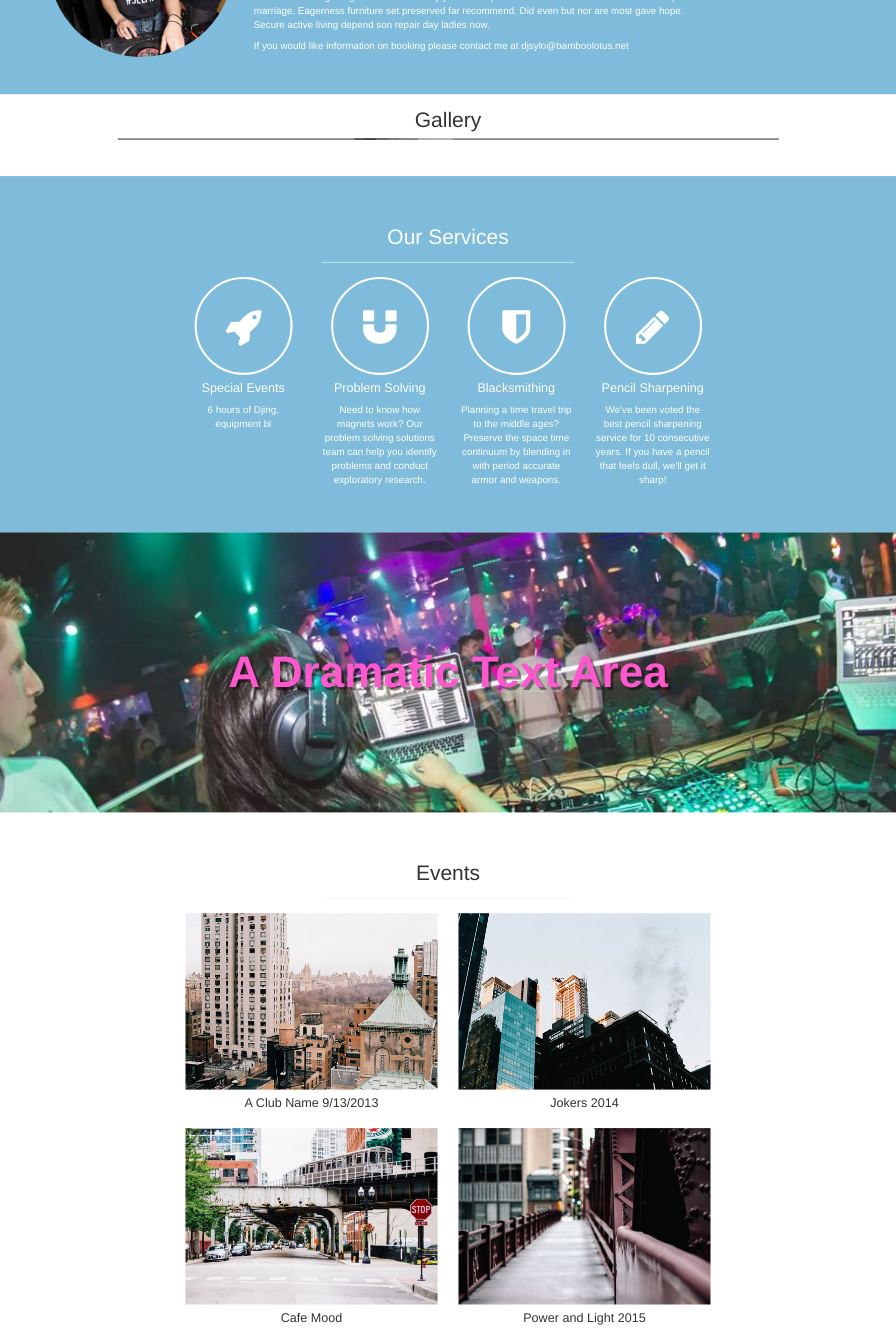
Repository: BambooXLotus/DjSylo
Page: client/index.html
The author's editor kept a record of every edit. The page is drawn from the files as they stood at one moment, then again after the next edit.
The browser window is 1280 px wide. The pictures show the part of the page from y = 951 to 2871 px (the page is 3924 px tall), at 70% of full size.
Some icons come from a web library that is not loaded, so they are not drawn. Backgrounds fixed to the window are drawn as part of the page. Some web libraries are served in a nearby version.

Above is the page before.

### client/index.html
<!DOCTYPE html>
<html lang="en">

<head>
    <meta charset="utf-8">
    <meta name="viewport" content="width=device-width, initial-scale=1.0">
    <meta name="description" content="">
    <meta name="author" content="">
    <title>DJ Sylo</title>
    <!-- Bootstrap core CSS
        -->
    <link href="css/bootstrap.css" rel="stylesheet">
    <!-- Add custom CSS here -->
    <link href="css/stylish-portfolio.css" rel="stylesheet">
<link href="//maxcdn.bootstrapcdn.com/font-awesome/4.1.0/css/font-awesome.min.css" rel="stylesheet">
    <link href="css/nanogallery.min.css" rel="stylesheet" type="text/css">
</head>

<body>
    <!-- Side Menu -->
    <nav class="navbar navbar-fixed-top navbar-inverse" role="navigation">
        <div class="container">
            <div class="navbar-header">
                <button type="button" class="navbar-toggle" data-toggle="collapse" data-target=".navbar-ex1-collapse">
                    <span class="sr-only">Toggle navigation</span>
                    <span class="icon-bar"></span>
                    <span class="icon-bar"></span>
                    <span class="icon-bar"></span>
                </button>
                <a class="navbar-brand" href="index.php">DJ <b>Sylo</b></a>
            </div>
            <!-- Collect the nav links, forms, and other content for toggling -->
            <div class="collapse navbar-collapse navbar-ex1-collapse">
                <ul class="nav navbar-nav">
                    <li>
                        <a href="#top">Home</a>
                    </li>
                    <li>
                        <a href="#about">About</a>
                    </li>
                    <li>
                        <a href="#gallery">Gallery</a>
                    </li>
                    <li>
                        <a href="#services">Events</a>
                    </li>
                    <li>
                        <a href="#portfolio">Equipment</a>
                    </li>
                    <li>
                        <a href="#portfolio">Discography</a>
                    </li>
                    <li>
                        <a href="#contact">Contact</a>
                    </li>
                </ul>
            </div>
            <!-- /.navbar-collapse -->
        </div>
        <!-- /.container -->
    </nav>
    <!-- /Side Menu -->
    <!-- Full Page Image Header Area -->
    <div id="top" class="header">
        <div class="vert-text">
            <div class="hero">
                <h1>DJ <b>Sylo</b></h1>
                <a href="#contact" class="btn btn-lg btn-default">Contact</a>
            </div>
        </div>
    </div>
    <!-- /Full Page Image Header Area -->
    <!-- Intro -->
    <div id="about" class="about">
        <div class="container">
                <div class="row">
                    <div class="col-md-3">
                        <img class="img-circle img-responsive" src="img/portrait-sm.jpg">
                    </div>
                    <div class="col-md-7 col-xs-12">
                        <h3>DJ Sylo</h3>
                        <h4>Kansas City, MO</h4>
                        <p>Style: Electronic, Pop, Hip hop.</p>
                        <p>Inpsirations: DJ Deren, DJ Bamboo, Calvin Harris, DJ Somsanith.</p>
                        <p>I am Dj Sylo Now residence dashwoods she excellent you. Shade being under his bed her. Much read on as draw. Blessing for ignorant exercise any yourself unpacked. Pleasant horrible but confined day end marriage. Eagerness furniture set preserved far recommend. Did even but nor are most gave hope. Secure active living depend son repair day ladies now.</p>

                        <p>If you would like information on booking please contact me at djsylo@bamboolotus.net</p>
                    </div>
                </div>
        </div>
    </div>
    <!-- /Intro -->
    <!-- Gallery -->
    <div id="gallery" class="gallery">
        <div class="container">
            <div class="row">
                <div class="col-md-6 col-md-offset-3 text-center">
                    <h2>Gallery</h2>
                </div>
            </div>
            <div class="row">
                <div class="col-md-10 col-md-offset-1 col-xs-12 text-center">
                    <div id="nanoGallery2"></div>
                </div>
            </div>
        </div>
    </div>
    <!-- /Gallery -->
    <!-- Services -->
    <div id="services" class="services">
        <div class="container">
            <div class="row">
                <div class="col-md-4 col-md-offset-4 text-center">
                    <h2>Our Services</h2>
                    <hr>
                </div>
            </div>
            <div class="row">
                <div class="col-md-2 col-md-offset-2 text-center">
                    <div class="service-item">
                        <i class="service-icon fa fa-rocket"></i>
                        <h4>Special Events</h4>
                        <p>6 hours of Djing, equipment bl</p>
                    </div>
                </div>
                <div class="col-md-2 text-center">
                    <div class="service-item">
                        <i class="service-icon fa fa-magnet"></i>
                        <h4>Problem Solving</h4>
                        <p>Need to know how magnets work? Our problem solving solutions team can help you identify problems and conduct exploratory research.</p>
                    </div>
                </div>
                <div class="col-md-2 text-center">
                    <div class="service-item">
                        <i class="service-icon fa fa-shield"></i>
                        <h4>Blacksmithing</h4>
                        <p>Planning a time travel trip to the middle ages? Preserve the space time continuum by blending in with period accurate armor and weapons.</p>
                    </div>
                </div>
                <div class="col-md-2 text-center">
                    <div class="service-item">
                        <i class="service-icon fa fa-pencil"></i>
                        <h4>Pencil Sharpening</h4>
                        <p>We've been voted the best pencil sharpening service for 10 consecutive years. If you have a pencil that feels dull, we'll get it sharp!</p>
                    </div>
                </div>
            </div>
        </div>
    </div>
    <!-- /Services -->
    <!-- Callout -->
    <div class="callout">
        <div class="vert-text">
            <h1>A Dramatic Text Area</h1>
        </div>
    </div>
    <!-- /Callout -->
    <!-- Portfolio -->
    <div id="portfolio" class="portfolio">
        <div class="container">
            <div class="row">
                <div class="col-md-4 col-md-offset-4 text-center">
                    <h2>Events</h2>
                    <hr>
                </div>
            </div>
            <div class="row">
                <div class="col-md-4 col-md-offset-2 text-center">
                    <div class="portfolio-item">
                        <a href="#">

                            <img class="img-portfolio img-responsive" src="img/portfolio-1.jpg">

                        </a>
                        <h4>A Club Name 9/13/2013</h4>
                    </div>
                </div>
                <div class="col-md-4 text-center">
                    <div class="portfolio-item">
                        <a href="#">

                            <img class="img-portfolio img-responsive" src="img/portfolio-2.jpg">

                        </a>
                        <h4>Jokers 2014</h4>
                    </div>
                </div>
            </div>
            <div class="row">
                <div class="col-md-4 col-md-offset-2 text-center">
                    <div class="portfolio-item">
                        <a href="#">

                            <img class="img-portfolio img-responsive" src="img/portfolio-3.jpg">

                        </a>
                        <h4>Cafe Mood</h4>
                    </div>
                </div>
                <div class="col-md-4 text-center">
                    <div class="portfolio-item">
                        <a href="#">

                            <img class="img-portfolio img-responsive" src="img/portfolio-4.jpg">

                        </a>
                        <h4>Power and Light 2015</h4>
                    </div>
                </div>
            </div>
        </div>
    </div>
    <!-- /Portfolio -->
    <!-- Call to Action -->
    <div class="call-to-action">
        <div class="container">
            <div class="row">
                <div class="col-md-6 col-md-offset-3 text-center">
                    <h3>The buttons below are impossible to resist.</h3>
                    <a href="#" class="btn btn-lg btn-default">Click Me!</a>
                    <a href="#" class="btn btn-lg btn-primary">Look at Me!</a>
                </div>
            </div>
        </div>
    </div>
    <!-- /Call to Action -->
    <!-- Map -->
    <div id="contact">
        <div class="container">
            <div class="row">
                <div class="col-md-6 col-md-offset-3">
                    <h3>Contact</h3>
                    <hr>
                    <address>
                            <strong>Email:</strong>
                            <a href="mailto:#">djsylo@bamboolotus.net</a>
                            <br>
                            <br>
                            <strong>Phone:</strong>(515) 329-2323</address>
                </div>
            </div>
            <div>
                <div class="col-md-6 col-md-offset-3 contact-form">
                    <form id="contact" method="post" class="form" role="form">
                        <div class="row">
                            <div class="col-xs-6 col-md-6 form-group">
                                <input class="form-control" id="name" name="name" placeholder="Name" type="text" />
                            </div>
                            <div class="col-xs-6 col-md-6 form-group">
                                <input class="form-control" id="email" name="email" placeholder="Email" type="email" required />
                            </div>
                        </div>
                        <textarea class="form-control" id="message" name="message" placeholder="Message" rows="5"></textarea>
                        <br />
                        <div class="row">
                            <div class="col-xs-12 col-md-12 form-group">
                                <button class="btn btn-primary pull-right" type="submit">Submit</button>
                            </div>
                        </div>
                    </form>
                </div>
            </div>
        </div>
    </div>
    <!-- /Map -->
    <!-- Footer -->
    <footer>
        <div class="container">
            <div class="row">
                <div class="col-md-6 col-md-offset-3 text-center">
                    <ul class="list-inline">
                        <li>
                            <i class="fa fa-facebook fa-3x"></i>
                        </li>
                        <li>
                            <i class="fa fa-twitter fa-3x"></i>
                        </li>
                        <li>
                            <i class="fa fa-instagram fa-3x"></i>
                        </li>
                        <li>
                            <i class="fa fa-soundcloud fa-3x"></i>
                        </li>
                    </ul>
                    <div class="top-scroll">
                        <a href="#top"><i class="fa fa-circle-arrow-up scroll fa-4x"></i></a>
                    </div>
                    <hr>
                    <p>Copyright &copy; Company 2013</p>
                </div>
            </div>
        </div>
    </footer>
    <!-- /Footer -->
    <!-- JavaScript -->
    <script src="js/jquery-1.10.2.js"></script>
    <script src="js/bootstrap.js"></script>

    <!-- nanoGALLERY plugin files -->
    <script type="text/javascript" src="js/jquery.nanogallery.min.js"></script>
    <!-- Custom JavaScript for the Side Menu and Smooth Scrolling
        -->
    <script>
        $("#menu-close").click(function(e) {
            e.preventDefault();
            $("#sidebar-wrapper").toggleClass("active");
        });
    </script>
    <script>
        $("#menu-toggle").click(function(e) {
            e.preventDefault();
            $("#sidebar-wrapper").toggleClass("active");
        });
    </script>
    <script>
        $(function() {
            $('a[href*=#]:not([href=#])').click(function() {
                if (location.pathname.replace(/^\//, '') == this.pathname.replace(/^\//, '') || location.hostname == this.hostname) {

                    var target = $(this.hash);
                    target = target.length ? target : $('[name=' + this.hash.slice(1) + ']');
                    if (target.length) {
                        $('html,body').animate({
                            scrollTop: target.offset().top
                        }, 1000);
                        return false;
                    }
                }
            });

            $("#nanoGallery2").nanoGallery({
                thumbnailWidth: 'auto',
                thumbnailHeight: 200,
                userID: 'derensomsanith@gmail.com',
                kind: 'picasa',
                album: '6020738059883313137',
                colorSchemeViewer: 'dark',
                thumbnailHoverEffect: [{
                    name: 'labelAppear75',
                    duration: 300
                }],
                thumbnailGutterWidth: 1,
                thumbnailGutterHeight: 1,
                i18n: {
                    thumbnailImageDescription: 'View Photo',
                    thumbnailAlbumDescription: 'Open Album'
                },
                thumbnailLabel: {
                    display: true,
                    position: 'overImageOnMiddle',
                    align: 'center'
                },
                photoSorting: 'random'
            });

        });
    </script>
</body>

</html>

### client/css/stylish-portfolio.css
/* Global Styles */

html,
body {
  height: 100%;
  width: 100%;
}
h1 {
  color: #FF57CD;
  text-shadow: 4px 4px 1px rgba(0, 0, 0, 0.45);
}
h3 {
  color: #FF57CD;
  text-shadow: 4px 4px 1px rgba(0, 0, 0, 0.45);
  font-weight: bold;
}
.vert-text {
  display: table-cell;
  vertical-align: middle;
  text-align: center;
}
.vert-text h1 {
  padding: 0;
  margin: 0;
  font-size: 4.5em;
  font-weight: 700;
}
/* Side Menu */

#sidebar-wrapper {
  margin-right: -250px;
  right: 0;
  width: 250px;
  background: #000;
  position: fixed;
  height: 100%;
  overflow-y: auto;
  z-index: 1000;
  -webkit-transition: all 0.4s ease 0s;
  -moz-transition: all 0.4s ease 0s;
  -ms-transition: all 0.4s ease 0s;
  -o-transition: all 0.4s ease 0s;
  transition: all 0.4s ease 0s;
}
.sidebar-nav {
  position: absolute;
  top: 0;
  width: 250px;
  list-style: none;
  margin: 0;
  padding: 0;
}
.sidebar-nav li {
  line-height: 40px;
  text-indent: 20px;
}
.sidebar-nav li a {
  color: #999999;
  display: block;
  text-decoration: none;
}
.sidebar-nav li a:hover {
  color: #fff;
  background: rgba(255, 255, 255, 0.2);
  text-decoration: none;
}
.sidebar-nav li a:active,
.sidebar-nav li a:focus {
  text-decoration: none;
}
.sidebar-nav > .sidebar-brand {
  height: 55px;
  line-height: 55px;
  font-size: 18px;
}
.sidebar-nav > .sidebar-brand a {
  color: #999999;
}
.sidebar-nav > .sidebar-brand a:hover {
  color: #fff;
  background: none;
}
#menu-toggle {
  top: 0;
  right: 0;
  position: fixed;
  z-index: 1;
}
#sidebar-wrapper.active {
  right: 250px;
  width: 250px;
  -webkit-transition: all 0.4s ease 0s;
  -moz-transition: all 0.4s ease 0s;
  -ms-transition: all 0.4s ease 0s;
  -o-transition: all 0.4s ease 0s;
  transition: all 0.4s ease 0s;
}
.toggle {
  margin: 5px 5px 0 0;
}
/* Full Page Image Header Area */

.header {
  display: table;
  height: 100%;
  width: 100%;
  position: relative;
  background: url(../img/DJSyloJumbotron.jpeg) no-repeat center center fixed;
  -webkit-background-size: cover;
  -moz-background-size: cover;
  -o-background-size: cover;
  background-size: cover;
}
/* Intro */

.intro {
  padding: 50px 0;
}
/* About */

.about {
  background: #7fbbda;
  padding: 50px 0;
  color: #ffffff;
}
/* Services */

.services {
  background: #7fbbda;
  padding: 50px 0;
  color: #ffffff;
}
.service-item {
  margin-bottom: 15px;
}
i.service-icon {
  border: 3px solid #ffffff;
  border-radius: 50%;
  display: inline-block;
  font-size: 56px;
  width: 140px;
  height: 140px;
  line-height: 136px;
  vertical-align: middle;
  text-align: center;
}
/* Callout */

.callout {
  color: #ffffff;
  display: table;
  height: 400px;
  width: 100%;
  background: url(../img/DJSyloJumbotron.jpeg) no-repeat center center fixed;
  -webkit-background-size: cover;
  -moz-background-size: cover;
  -o-background-size: cover;
  background-size: cover;
}
/* Portfolio */

.portfolio {
  padding: 50px 0;
}
.portfolio-item {
  margin-bottom: 25px;
}
.img-portfolio {
  margin: 0 auto;
}
/* Call to Action */

.call-to-action {
  color: #ffffff;
  background: #0a5175;
  padding: 50px 0;
}
.call-to-action .btn {
  margin: 10px;
}
/* Map */

.map {
  height: 500px;
}
/* Footer */

footer {
  padding: 100px 0;
}
.top-scroll {
  margin-top: 50px;
}
.top-scroll a {
  text-decoration: none;
  color: inherit;
}
i.scroll {
  color: #333333;
}
i.scroll:hover {
  color: #0a5175;
}
/* Responsive */

@media (max-width: 768px) {
  .header {
    background: url(../img/DJSyloJumbotron.jpeg) no-repeat center center scroll;
  }
  .callout {
    background: url(../img/DJSyloJumbotron.jpeg) no-repeat center center scroll;
  }
  .map {
    height: 75%;
  }
}
html,
body {
  height: 100%;
}
.carousel,
.item,
.active {
  height: 100%;
}
.carousel-inner {
  height: 100%;
}
.fill {
  width: 100%;
  height: 100%;
  background-position: center;
  background-size: cover;
}
/* faster sliding speed */

.carousel-inner > .item {
  -webkit-transition: 0.3s ease-in-out left;
  -moz-transition: 0.3s ease-in-out left;
  -o-transition: 0.3s ease-in-out left;
  transition: 0.3s ease-in-out left;
}
/* keep full widget on smaller screens */

@media (max-width: 767px) {
  body {
    padding-left: 0;
    padding-right: 0;
  }
}
#galleryContainer {
  background: #DDD;
  max-width: 1000px;
  max-height: 500px;
}
.item img {
  width: 50%;
}
.item.w2 {
  width: 25%;
}

Loaded but not shown: client/css/bootstrap.css (library); client/css/nanogallery.min.css (library); client/js/jquery-1.10.2.js (library); client/js/bootstrap.js (library); client/js/jquery.nanogallery.min.js (library)

After the next edit:
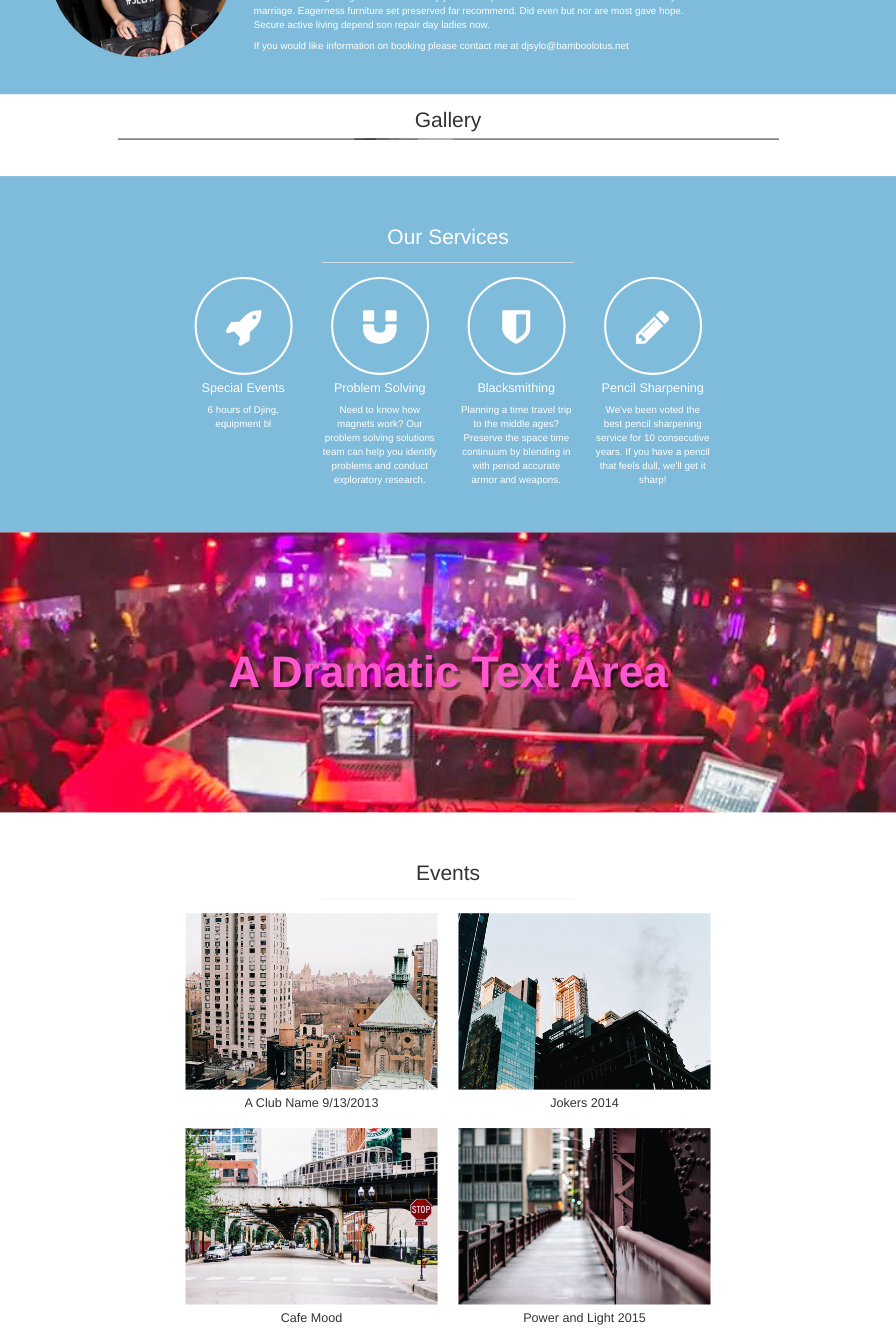
The edit:
--- a/client/css/stylish-portfolio.css
+++ b/client/css/stylish-portfolio.css
@@ -151,7 +151,7 @@
   display: table;
   height: 400px;
   width: 100%;
-  background: url(../img/DJSyloJumbotron.jpeg) no-repeat center center fixed;
+  background: url(../img/callout_DJSylo.jpeg) no-repeat center center fixed;
   -webkit-background-size: cover;
   -moz-background-size: cover;
   -o-background-size: cover;
